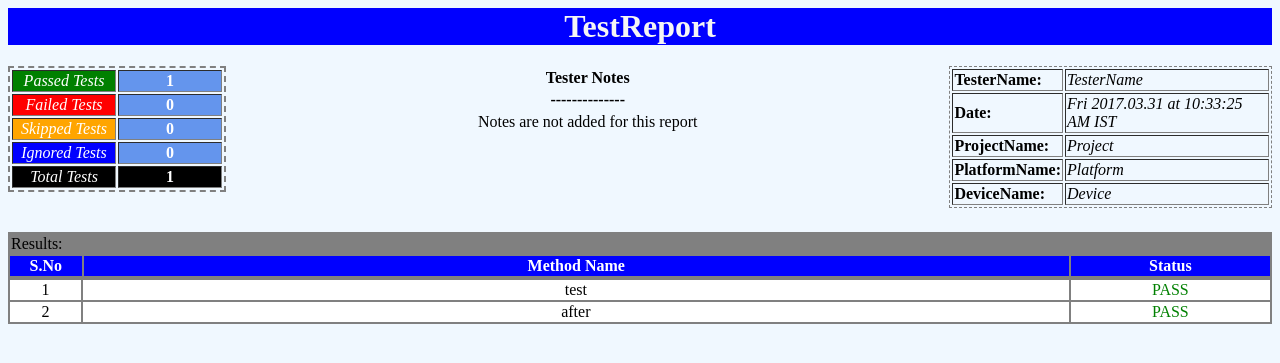
Repository: AshrafRizvi01/AppiumTests
Page: Appium_Test_Framework/report.html
An editor plug-in stored every save of this project. The page is shown before and after the next save, followed by the edit.
The browser window is 1280 px wide. The pictures show the whole page.

Above is the page before, as saved 2017-03-31 06:56:44.

### Appium_Test_Framework/report.html
<HTML>
    <Head>
        <style>
            h1
            {
                background-color: blue;
                color:whitesmoke;
                text-align: center;
            }
            .small
            {
                width: 100px;
                text-align: center
            }
            body
            {
                background-color: aliceblue;
            }
            .tab
            {
                border-style: dashed;

            }
            .test
            {
                background-color: white;
                border-style: hidden;
                border:2;
                text-align: center

            }

        </style>
    </Head>

        <h1>TestReport</h1>
        <Body>
            <div>
            <Table border="2" Style="float:left" class="tab">
                <tr>
                    <td class="small" Style="background-color:green;color:white"><I>Passed Tests</I></td>
                    <td class="small" Style="background-color:cornflowerblue;color:white"><b>1</b></td>
                </tr>
                <tr>
                    <td class="small" Style="background-color:red;color:white"><I>Failed Tests</I></td>
                    <td class="small" Style="background-color:cornflowerblue;color:white"><b>0</b></td>
                </tr>
                <tr>
                    <td class="small" Style="background-color:Orange;color:white"><I>Skipped Tests</I></td>
                    <td class="small" Style="background-color:cornflowerblue;color:white"><b>0</b></td>
                </tr>
                <tr>
                    <td class="small" Style="background-color:Blue;color:white"><I>Ignored Tests</I></td>
                    <td class="small" Style="background-color:cornflowerblue  ;color:white"><b>0</b></td>
                </tr>
                <tr>
                    <td class="small" Style="background-color:Black;color:white"><I>Total Tests</I></td>
                    <td class="small" Style="background-color:black;color:white"><b>1</b></td>
                </tr>
            </Table>
            <table border="1" align="right" style="float:right" class="tab">

                <tr>
                    <td><label><b>TesterName: </b></label></td>
                    <td width="200"><I>TesterName</I></td>
                </tr>
                <tr>
                    <td><label><b>Date: </b></label></td>
                    <td width="200"><I>Fri 2017.03.31 at 10:33:25 AM IST</I></td>
                </tr>
                <tr>
                    <td><label><b>ProjectName: </b></label></td>
                    <td width="200"><I>Project</I></td>
                </tr>
                <tr>
                    <td><label><b>PlatformName: </b></label></td>
                    <td width="200"><I>Platform</I></td>
                </tr>
                <tr>
                    <td><label><b>DeviceName: </b></label></td>
                    <td width="200"><I>Device</I></td>
                </tr>

            </table>
                <table align="center" style="text-align:center">
                    <tr>
                        <td><b>Tester Notes</b></td>
                    </tr>
                    <tr>
                        <td><b>--------------</b></td>
                    </tr>
                    <tr>
                        <td>Notes are not added for this report</td>
                    </tr>
                </table>
            </div>

            <table width="100%">
                <tr>
                    <td width=100%><br>    </td>
                </tr>

            </table>
            <table  width="100%" bgcolor="gray">
                <tr>
                    <td>Results:</td>
                </tr>
                <tr style="text-align:center;border:2;border-style:solid;background-color:blue;color:white">
                    <td width="70"><b>S.No</b></td>
                    <td width="1000"><b>Method Name</b></td>
                    <td width="200"><b>Status</b></td>
                </tr>
            </table>
            <table width="100%" bgcolor="gray"><tr class="test"><td width="70">1</td><td width="1000">test</td><td width="200"Style="color:green">PASS</td></tr><tr class="test"><td width="70">2</td><td width="1000">after</td><td width="200"Style="color:green">PASS</td></tr></table>

        </Body>

</HTML>

After the next save:
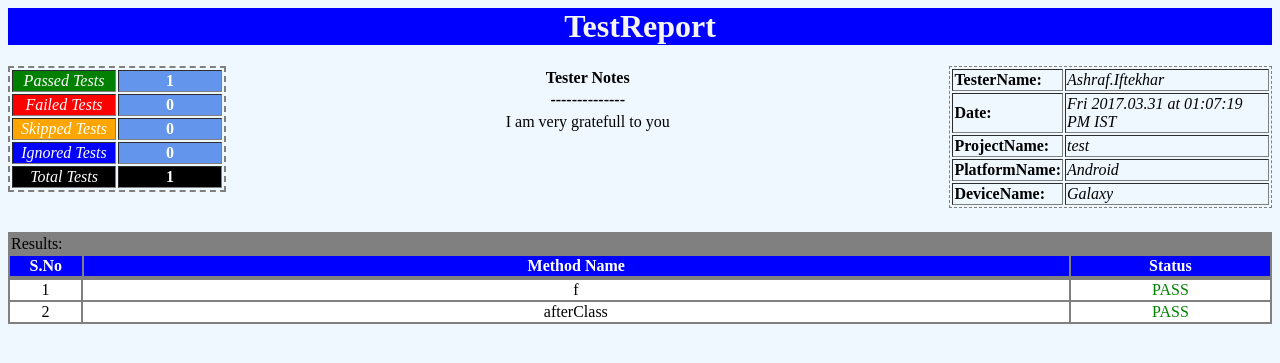
Saved 2 min 21 s later.
--- a/Appium_Test_Framework/report.html
+++ b/Appium_Test_Framework/report.html
@@ -62,23 +62,23 @@
 
                 <tr>
                     <td><label><b>TesterName: </b></label></td>
-                    <td width="200"><I>TesterName</I></td>
+                    <td width="200"><I>Ashraf.Iftekhar</I></td>
                 </tr>
                 <tr>
                     <td><label><b>Date: </b></label></td>
-                    <td width="200"><I>Fri 2017.03.31 at 10:33:25 AM IST</I></td>
+                    <td width="200"><I>Fri 2017.03.31 at 01:07:19 PM IST</I></td>
                 </tr>
                 <tr>
                     <td><label><b>ProjectName: </b></label></td>
-                    <td width="200"><I>Project</I></td>
+                    <td width="200"><I>test</I></td>
                 </tr>
                 <tr>
                     <td><label><b>PlatformName: </b></label></td>
-                    <td width="200"><I>Platform</I></td>
+                    <td width="200"><I>Android</I></td>
                 </tr>
                 <tr>
                     <td><label><b>DeviceName: </b></label></td>
-                    <td width="200"><I>Device</I></td>
+                    <td width="200"><I>Galaxy</I></td>
                 </tr>
 
             </table>
@@ -90,7 +90,7 @@
                         <td><b>--------------</b></td>
                     </tr>
                     <tr>
-                        <td>Notes are not added for this report</td>
+                        <td>I am very gratefull to you</td>
                     </tr>
                 </table>
             </div>
@@ -111,7 +111,7 @@
                     <td width="200"><b>Status</b></td>
                 </tr>
             </table>
-            <table width="100%" bgcolor="gray"><tr class="test"><td width="70">1</td><td width="1000">test</td><td width="200"Style="color:green">PASS</td></tr><tr class="test"><td width="70">2</td><td width="1000">after</td><td width="200"Style="color:green">PASS</td></tr></table>
+            <table width="100%" bgcolor="gray"><tr class="test"><td width="70">1</td><td width="1000">f</td><td width="200"Style="color:green">PASS</td></tr><tr class="test"><td width="70">2</td><td width="1000">afterClass</td><td width="200"Style="color:green">PASS</td></tr></table>
 
         </Body>
 
